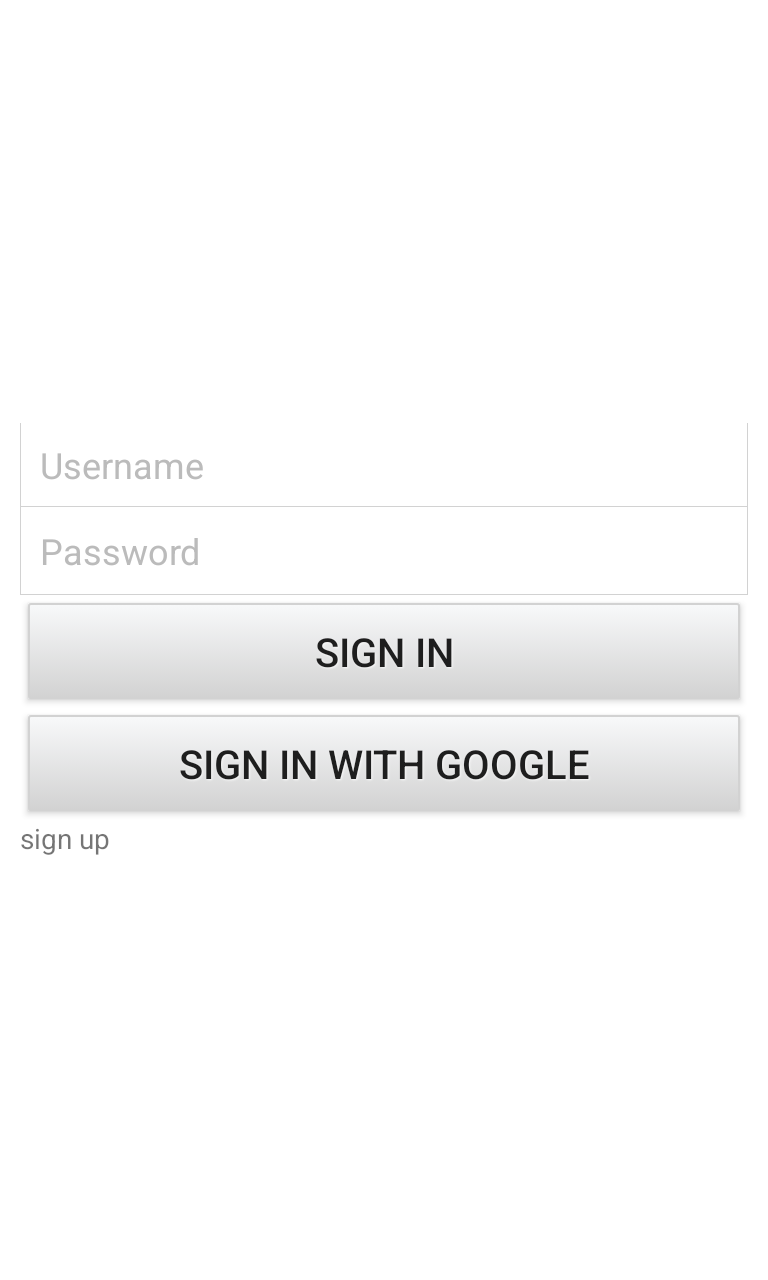
Repository: Jaaga/mooc-tracker
Layout: android/MOOCTracker/res/layout/login_screen.xml
An editor plug-in stored every save of this project. The layout is shown before and after the next save, followed by the edit.
It is drawn on a 768 x 1280 px phone screen (xhdpi) without system bars, with theme AppTheme; the app's code is not run.

Above is the layout before, as saved 2014-05-22 18:22:27.

### android/MOOCTracker/res/layout/login_screen.xml
<?xml version="1.0" encoding="utf-8"?>
<RelativeLayout xmlns:android="http://schemas.android.com/apk/res/android"
    android:layout_width="match_parent"
    android:layout_height="match_parent"
    android:orientation="vertical"

    android:background="#ffffff"
    >

   <LinearLayout

       android:orientation="vertical"
       android:layout_width="match_parent"
       android:layout_height="wrap_content"
       android:layout_centerInParent="true"
       android:padding="10dp"
       >

          <EditText
             android:id="@+id/etUserName"
             android:layout_width="match_parent"
             android:layout_height="wrap_content"
             android:background="@drawable/edittext_default_bg"
             android:layout_marginTop="-2dp"
             android:padding="10dp"
             android:hint="@string/usernameHint"
             android:textColorHint="#bbbbbb"
            >
            </EditText>
            <!--  android:drawableLeft="@drawable/user"/ -->

          <EditText
             android:id="@+id/etPass"
             android:layout_width="match_parent"
             android:layout_height="wrap_content"
             android:background="@drawable/edittext_bottom_bg"
             android:layout_marginTop="-2dp"
             android:padding="10dp"
             android:hint="@string/passwordHint"
             android:textColorHint="#bbbbbb"
             android:inputType="textPostalAddress"
             >
            </EditText>

          <!--     android:drawableLeft="@drawable/password"/ -->


           <Button
             android:id="@+id/btnSignIn"
             android:layout_width="match_parent"
             android:layout_height="wrap_content"
             android:padding="10dp"
             android:layout_margin="4dp"
             android:text="@string/signInHint"
             style="@style/DefaultButtonText"
             android:background="@drawable/button_default_bg" />

           <Button
             android:id="@+id/btnGplus"
             android:layout_width="match_parent"
             android:layout_height="wrap_content"
             android:padding="10dp"
             android:layout_margin="4dp"
             style="@style/DefaultButtonText"
             android:text="@string/googleplus"
             android:background="@drawable/button_default_bg"
           />

           <TextView
               android:id="@+id/toSignup"
               android:layout_width="wrap_content"
               android:layout_height="wrap_content"
               android:gravity="bottom"
               android:text="sign up"
               />

   </LinearLayout>



</RelativeLayout>

### android/MOOCTracker/res/drawable-hdpi/edittext_default_bg.xml
<?xml version="1.0" encoding="utf-8"?>
<shape xmlns:android="http://schemas.android.com/apk/res/android"

    android:shape="rectangle" android:padding="10dp">
     <solid android:color="#FFFFFF"/>
     <stroke
        android:width="0.5dp"
        android:color="#d2d2d2" />
</shape>

### android/MOOCTracker/res/values/strings.xml
<?xml version="1.0" encoding="utf-8"?>
<resources>

    <string name="hello">Hello World, AndroidJSONParsingActivity!</string>
    <string name="app_name">Jaaga MOOC-Tracker</string>
    <string name="btRefresh">Refresh</string>
    <string name="loginButton">Login</string>
    <string name="signupButton">Sign Up</string>
    <string name="emailHint">Email</string>
    <string name="usernameHint">Username</string>
    <string name="passwordHint">Password</string>
    <string name="signUpHint">Sign Up</string>
    <string name="signInHint">Sign In</string>
    <string name="action_settings"></string>
    <string name="googleplus">Sign In with Google</string>

    <style name="DefaultButtonText">
       <item name="android:layout_width">fill_parent</item>
        <item name="android:layout_height">wrap_content</item>
        <item name="android:textColor">#1e1e1e</item>
        <item name="android:gravity">center</item>
        <item name="android:layout_margin">3dp</item>
        <item name="android:textStyle">normal</item>
        <item name="android:textSize">20sp</item>
        <item name="android:shadowColor">#f9f9f9</item>
        <item name="android:shadowDx">1</item>
        <item name="android:shadowDy">1</item>
        <item name="android:shadowRadius">1</item>
    </style>

</resources>

### android/MOOCTracker/res/drawable-hdpi/edittext_bottom_bg.xml
<?xml version="1.0" encoding="utf-8"?>
<shape xmlns:android="http://schemas.android.com/apk/res/android"

    android:shape="rectangle" android:padding="10dp">
     <solid android:color="#FFFFFF"/>
     <stroke
        android:width="0.5dp"
        android:color="#d2d2d2" />
</shape>

### android/MOOCTracker/res/drawable-hdpi/button_default_bg.xml
<?xml version="1.0" encoding="utf-8"?>
<selector xmlns:android="http://schemas.android.com/apk/res/android" >

      <item  android:state_pressed="true" >
        <shape>
            <solid
                android:color="#f8f9fa" />
            <stroke
                android:width="1dp"
                android:color="#d2d2d2" />
            <corners
                android:radius="1dp" />

        </shape>
    </item>
    <item>
        <shape>
            <gradient
                android:startColor="#f8f9fa"
                android:endColor="#d2d2d2"
                android:angle="270" />
            <stroke
                android:width="1dp"
                android:color="#d2d2d2" />
            <corners
                android:radius="1dp" />

        </shape>
    </item>

</selector>

Loaded but not shown: android/MOOCTracker/res/values/styles.xml (common file); android/MOOCTracker/res/values-v11/styles.xml (common file); android/MOOCTracker/res/values-v14/styles.xml (common file)

After the next save:
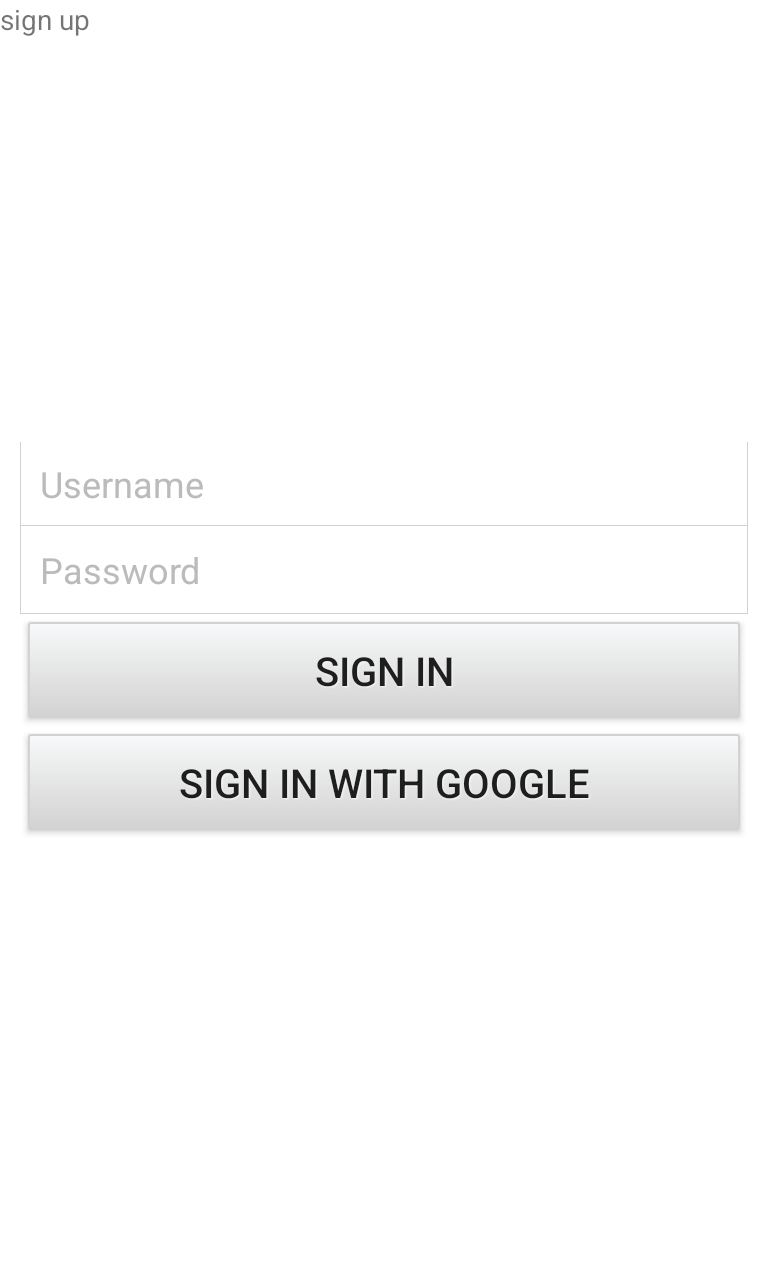
Saved 16 s later.
--- a/android/MOOCTracker/res/layout/login_screen.xml
+++ b/android/MOOCTracker/res/layout/login_screen.xml
@@ -65,8 +65,9 @@
              android:text="@string/googleplus"
              android:background="@drawable/button_default_bg"
            />
+   </LinearLayout>
 
-           <TextView
+     <TextView
                android:id="@+id/toSignup"
                android:layout_width="wrap_content"
                android:layout_height="wrap_content"
@@ -74,8 +75,6 @@
                android:text="sign up"
                />
 
-   </LinearLayout>
-
 
 
 </RelativeLayout>
